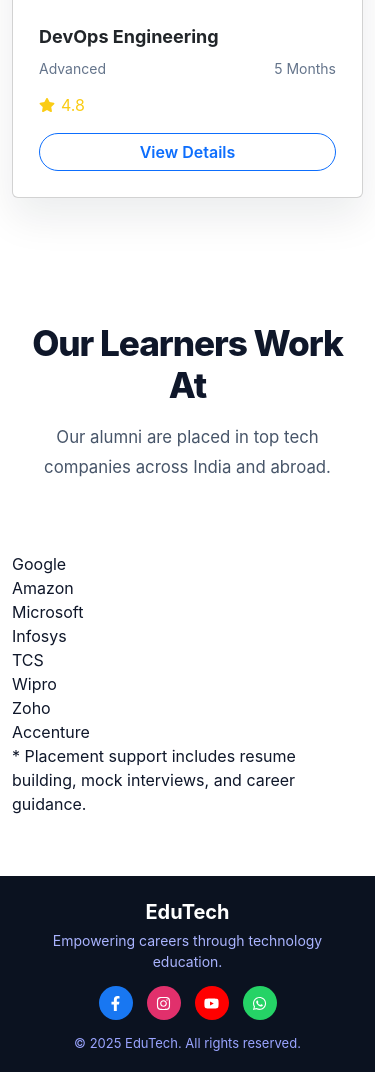
Repository: Aswin74k/project-2
Page: /
The author's editor kept a copy of each file at every save. The page is drawn from the files as they stood at one save, then again after the next save.
The browser window is 375 px wide. The pictures show the part of the page from y = 5149 to 6500 px (the page is 6221 px tall before and 6579 px after).
The project was rebuilt for these pictures with package versions that can differ from the ones it lists, and the page was loaded fresh each time. Some packages were replaced by stand-ins written for this rebuild. Also part of the build but not shown: vite.config.js, src/project/course.css, src/project/Course.jsx, src/project/About.css, src/project/About.jsx, src/project/Enroll.css, src/project/Enroll.jsx, src/project/contact.css and 2 more.

Above is the page before, as saved 2025-12-25 17:10:10.

### src/main.jsx
import React from "react";
import ReactDOM from "react-dom/client";
import { BrowserRouter } from "react-router-dom";
import App from "./project/App";
import { AuthProvider } from "./context/AuthContext"; // ✅ ADD THIS
import "bootstrap/dist/css/bootstrap.min.css";

ReactDOM.createRoot(document.getElementById("root")).render(
  <React.StrictMode>
    <BrowserRouter>
      <AuthProvider>
        <App />
      </AuthProvider>
    </BrowserRouter>
  </React.StrictMode>
);

### src/project/App.jsx
import React from "react";
import { Routes, Route } from "react-router-dom";

import EduNavbar from "./EduNavbar";
import Home from "./Home";
import Course from "./Course";
import About from "./About";
import Enroll from "./Enroll";
import Contact from "./Contact";
import ProtectedRoute from "./ProtectedRoute";

export default function App() {
  return (
    <>
      <EduNavbar />

      <Routes>
        <Route path="/" element={<Home />} />
        <Route path="/courses/:id" element={<Course />} />
        <Route path="/about" element={<About />} />
        <Route path="/Contact" element={<Contact />} />


        <Route
          path="/enroll"
          element={
            <ProtectedRoute>
              <Enroll />
            </ProtectedRoute>
          }
        />
      </Routes>

    </>
  );
}

### src/context/AuthContext.jsx
import { createContext, useContext, useState, useEffect } from "react";

const AuthContext = createContext();

export function AuthProvider({ children }) {
  const [user, setUser] = useState(null);
  const [loading, setLoading] = useState(true);

  useEffect(() => {
    const savedUser = JSON.parse(
      localStorage.getItem("loggedInUser")
    );
    if (savedUser) setUser(savedUser);
    setLoading(false);
  }, []);

  const login = (email, password) => {
    const users =
      JSON.parse(localStorage.getItem("registeredUsers")) || [];

    const foundUser = users.find(
      (u) => u.email === email && u.password === password
    );

    if (!foundUser) {
      return { success: false, message: "Invalid email or password" };
    }

    localStorage.setItem(
      "loggedInUser",
      JSON.stringify(foundUser)
    );
    setUser(foundUser);

    return {
      success: true,
      message: `Welcome back, ${foundUser.firstName}`,
    };
  };

  const signup = (data) => {
    const users =
      JSON.parse(localStorage.getItem("registeredUsers")) || [];

    if (users.some((u) => u.email === data.email)) {
      return {
        success: false,
        message: "User already exists with this email!",
      };
    }

    users.push(data);
    localStorage.setItem(
      "registeredUsers",
      JSON.stringify(users)
    );

    localStorage.setItem(
      "loggedInUser",
      JSON.stringify(data)
    );
    setUser(data);

    return {
      success: true,
      message: "Account created successfully",
    };
  };

  const logout = () => {
    localStorage.removeItem("loggedInUser");
    setUser(null);
  };

  return (
    <AuthContext.Provider
      value={{ user, login, signup, logout, loading }}
    >
      {children}
    </AuthContext.Provider>
  );
}

export const useAuth = () => useContext(AuthContext);

### src/project/Home.jsx
import React from "react";
import { Container, Row, Col, Card } from "react-bootstrap";
import { Link } from "react-router-dom";
import {
  FaGraduationCap,
  FaUsers,
  FaChalkboardTeacher,
  FaBriefcase,
  FaStar,
  FaFacebookF,
  FaInstagram,
  FaYoutube,
  FaWhatsapp
} from "react-icons/fa";
import "./Home.css";

export default function Home() {
  const courses = [
    {
      id: "fullstack",
      title: "Full Stack Development",
      level: "Beginner",
      duration: "6 Months",
      rating: "4.8",
      img: "https://encrypted-tbn0.gstatic.com/images?q=tbn:ANd9GcQPaNXGBezXv5c0v_XSQ6pqOScRBb2ShM3IWg&s",
    },
    {
      id: "mern",
      title: "MERN Stack Development",
      level: "Intermediate",
      duration: "5 Months",
      rating: "4.7",
      img: "https://images.prismic.io/loco-blogs/79328284-f97b-489f-924c-eb3b17e34b56_image2.png",
    },
    {
      id: "uiux",
      title: "UI / UX Design",
      level: "Beginner",
      duration: "4 Months",
      rating: "4.6",
      img: "https://www.almondsolutions.com/images/blog-ui-ux-150223.jpg",
    },
    {
      id: "datascience",
      title: "Data Science",
      level: "Advanced",
      duration: "6 Months",
      rating: "4.9",
      img: "https://bernardmarr.com/wp-content/uploads/2022/11/The-Top-5-Data-Science-And-Analytics-Trends-In-2023.jpg",
    },
    {
      id: "dataanalytics",
      title: "Data Analytics",
      level: "Beginner",
      duration: "4 Months",
      rating: "4.6",
      img: "https://blog.herzing.ca/hubfs/data%20analytics.jpg",
    },
    {
      id: "aiml",
      title: "AI & Machine Learning",
      level: "Advanced",
      duration: "6 Months",
      rating: "4.9",
      img: "https://www.jellyfishtechnologies.com/wp-content/uploads/2021/10/Artificial-Intelligence-versus-Machine-Learning.png",
    },
    {
      id: "cloud",
      title: "Cloud Computing",
      level: "Intermediate",
      duration: "4 Months",
      rating: "4.7",
      img: "https://bernardmarr.com/img/The%205%20Biggest%20Cloud%20Computing%20Trends%20In%202021.jpg",
    },
    {
      id: "devops",
      title: "DevOps Engineering",
      level: "Advanced",
      duration: "5 Months",
      rating: "4.8",
      img: "https://www.itrainu.in/wp-content/uploads/2021/03/DEVOPS-1.jpg",
    },
  ];

  return (
    <div className="home">

      {/* HERO */}
      <section className="hero-section">
        <Container>
          <div className="hero-content">
            <h1>
              Learn Future-Ready Skills with <span>EduTech</span>
            </h1>
            <p>
              Industry-aligned courses, real-world projects, and expert mentors
              to accelerate your career.
            </p>

            <div className="hero-actions">
              <Link to="/about" className="btn btn-outline-light btn-lg">
                Learn More
              </Link>
            </div>
          </div>
        </Container>
      </section>

      {/* STATS */}
      <section className="stats-section">
        <Container>
          <Row className="g-4">
            <Col md={3}><div className="stat-box"><FaUsers /><h3>25K+</h3><p>Learners</p></div></Col>
            <Col md={3}><div className="stat-box"><FaGraduationCap /><h3>8+</h3><p>Courses</p></div></Col>
            <Col md={3}><div className="stat-box"><FaChalkboardTeacher /><h3>50+</h3><p>Mentors</p></div></Col>
            <Col md={3}><div className="stat-box"><FaBriefcase /><h3>100+</h3><p>Projects</p></div></Col>
          </Row>
        </Container>
      </section>

      {/* COURSES */}
      <section className="courses-section">
        <Container>
          <h2 className="section-title">Popular Courses</h2>
          <Row>
            {courses.map((course) => (
              <Col lg={3} md={4} sm={6} key={course.id} className="mb-4">
                <Card className="course-card h-100">
                  <Card.Img src={course.img} className="course-img" />
                  <Card.Body>
                    <Card.Title>{course.title}</Card.Title>
                    <div className="course-meta">
                      <span>{course.level}</span>
                      <span>{course.duration}</span>
                    </div>
                    <div className="course-rating">
                      <FaStar /> {course.rating}
                    </div>
                    <Link to={`/courses/${course.id}`} className="btn btn-outline-primary w-100 mt-3">
                      View Details
                    </Link>
                  </Card.Body>
                </Card>
              </Col>
            ))}
          </Row>
        </Container>
      </section>
      {/* ================= PLACEMENT SECTION ================= */}
<section className="placement-section">
  <Container>
    <h2 className="section-title">Our Learners Work At</h2>
    <p className="section-subtitle">
      Our alumni are placed in top tech companies across India and abroad.
    </p>

    <div className="placement-logos">
      <div className="logo-card">Google</div>
      <div className="logo-card">Amazon</div>
      <div className="logo-card">Microsoft</div>
      <div className="logo-card">Infosys</div>
      <div className="logo-card">TCS</div>
      <div className="logo-card">Wipro</div>
      <div className="logo-card">Zoho</div>
      <div className="logo-card">Accenture</div>
    </div>

    <div className="placement-note">
      * Placement support includes resume building, mock interviews, and career guidance.
    </div>
  </Container>
</section>


      {/* FOOTER */}
      <footer className="footer">
        <Container className="text-center">
          <h3 className="footer-logo">EduTech</h3>
          <p className="footer-tagline">
            Empowering careers through technology education.
          </p>

          <div className="footer-social">
            <a className="fb"><FaFacebookF /></a>
            <a className="ig"><FaInstagram /></a>
            <a className="yt"><FaYoutube /></a>
            <a className="wa"><FaWhatsapp /></a>
          </div>

          <p className="copy">© 2025 EduTech. All rights reserved.</p>
        </Container>
      </footer>

    </div>
  );
}

### src/project/Navbar.css
/* ================= ROOT VARIABLES ================= */
:root {
  --primary: #111827;
  --primary-soft: rgba(17, 24, 39, 0.08);
  --danger: #ef4444;
  --success: #22c55e;

  --text-dark: #000000;
  --text-muted: #6b7280;

  --border-light: #e5e7eb;
  --bg-white: #ffffff;
}

/* ================= NAVBAR ================= */
.navbar {
  background: var(--bg-white);
  padding: 14px 0;
  border-bottom: 1px solid var(--border-light);
  transition: all 0.3s ease;
  z-index: 1000;
}

.navbar-scrolled {
  box-shadow: 0 10px 30px rgba(0, 0, 0, 0.08);
}

/* ================= BRAND ================= */
.navbar-brand {
  font-size: 1.6rem;
  font-weight: 900;
  color: var(--text-dark) !important;
}

/* ================= NAV LINKS ================= */
.navbar-nav .nav-link {
  color: var(--text-dark) !important;
  font-weight: 600;
  font-size: 0.95rem;
  padding: 8px 14px;
  position: relative;
}

.navbar-nav .nav-link::after {
  content: "";
  position: absolute;
  left: 50%;
  bottom: 2px;
  width: 0;
  height: 2px;
  background: var(--text-dark);
  transform: translateX(-50%);
  transition: width 0.3s ease;
}

.navbar-nav .nav-link:hover::after {
  width: 70%;
}

/* ================= SEARCH ================= */
.custom-search {
  position: relative;
  width: 210px;
}

.custom-search input {
  width: 100%;
  padding: 10px 42px 10px 16px;
  border-radius: 999px;
  border: 1px solid var(--border-light);
  background: #e4e5e6;
  font-size: 0.9rem;
}

.custom-search svg {
  position: absolute;
  right: 14px;
  top: 50%;
  transform: translateY(-50%);
  color: var(--text-muted);
}

/* ================= USER ================= */
.username {
  background: var(--primary-soft);
  color: var(--text-dark);
  padding: 6px 14px;
  border-radius: 999px;
  font-size: 0.85rem;
  font-weight: 600;
}

.user-icon {
  font-size: 22px;
  color: var(--text-dark);
  cursor: pointer;
}

/* ================= LOGOUT ICON ================= */
.logout-icon {
  font-size: 24px;
  color: var(--text-dark);
  cursor: pointer;
}

.logout-icon:hover {
  color: var(--danger);
}

/* ================= MODALS ================= */
.modal-content {
  border-radius: 22px;
  border: none;
  box-shadow: 0 30px 90px rgba(0, 0, 0, 0.25);
  padding: 20px;
}

.modal-header {
  border-bottom: 1px solid var(--border-light);
}

.modal-title {
  font-weight: 700;
}

.modal-body {
  padding: 28px 32px 32px;
}

/* ================= AUTH INPUT (IMAGE MATCHED) ================= */
.auth-input {
  width: 100%;
  height: 56px;
  border-radius: 16px;
  border: 1.5px solid #d1d5db;
  padding: 14px 18px;
  font-size: 1rem;
  margin-bottom: 18px;
  background: #ffffff;
}

.auth-input:focus {
  outline: none;
  border-color: #6366f1;
  box-shadow: 0 0 0 2px rgba(99, 102, 241, 0.25);
}

/* ================= PASSWORD ================= */
.password-wrapper {
  position: relative;
}

.password-wrapper span {
  position: absolute;
  right: 18px;
  top: 40%;
  transform: translateY(-50%);
  font-size: 18px;
  color: var(--text-muted);
  cursor: pointer;
}

/* ================= NAME ROW (SIGNUP) ================= */
.name-row {
  display: grid;
  grid-template-columns: 1fr 1fr;
  gap: 18px;
  margin-bottom: 18px;
}

/* ================= AUTH BUTTON ================= */
.auth-btn {
  width: 100%;
  height: 56px;
  border-radius: 16px;
  background: var(--text-dark);
  border: none;
  color: #fff;
  font-size: 1.05rem;
  font-weight: 600;
  margin-top: 8px;
}

.auth-btn:hover {
  opacity: 0.9;
}

/* ================= AUTH FOOTER ================= */
.auth-footer {
  margin-top: 16px;
  text-align: center;
  font-size: 0.9rem;
  color: var(--text-muted);
}

.auth-footer span {
  color: var(--text-dark);
  font-weight: 600;
  cursor: pointer;
}

/* ================= LOGOUT MODAL ================= */
.logout-modal .logout-icon-wrapper {
  width: 64px;
  height: 64px;
  background: rgba(0, 0, 0, 0.08);
  color: var(--danger);
  border-radius: 50%;
  display: flex;
  align-items: center;
  justify-content: center;
  font-size: 28px;
  margin: 0 auto 16px;
}

.logout-actions {
  display: flex;
  gap: 14px;
  justify-content: center;
}

.logout-cancel {
  padding: 10px 22px;
  border-radius: 14px;
  border: 2px solid var(--text-dark);
  background: transparent;
  font-weight: 600;
}

.logout-confirm {
  padding: 10px 22px;
  border-radius: 14px;
  background: var(--danger);
  border: none;
  color: #fff;
  font-weight: 600;
}

/* ================= MOBILE ================= */
@media (max-width: 768px) {
  .navbar-collapse {
    background: #ffffff;
    padding: 18px;
    border-radius: 16px;
    margin-top: 10px;
  }

  .custom-search {
    width: 100%;
    margin-top: 12px;
  }

  .name-row {
    grid-template-columns: 1fr;
  }
}

/* ================= AUTH MESSAGES (FINAL POLISH) ================= */
.modal-message {
  padding: 14px 18px;
  border-radius: 14px;
  font-size: 0.9rem;
  font-weight: 600;
  text-align: center;
  margin-bottom: 18px;
  line-height: 1.4;
  animation: messageFade 0.25s ease-in-out;
}

/* SUCCESS */
.modal-message.success {
  background: rgba(34, 197, 94, 0.14);
  color: #15803d;
  border: 1.5px solid rgba(34, 197, 94, 0.35);
}

/* ERROR */
.modal-message.error {
  background: rgba(239, 68, 68, 0.14);
  color: #b91c1c;
  border: 1.5px solid rgba(239, 68, 68, 0.35);
}

/* subtle animation */
@keyframes messageFade {
  from {
    opacity: 0;
    transform: translateY(-6px);
  }
  to {
    opacity: 1;
    transform: translateY(0);
  }
}

### src/project/Home.css
/* =========================
   DESIGN TOKENS
========================= */
:root {
  --primary: #2563eb;
  --primary-dark: #1e40af;
  --accent: #38bdf8;
  --text-main: #0f172a;
  --text-muted: #475569;
  --bg-light: #f8fafc;
  --glass: rgba(255, 255, 255, 0.92);
  --radius-lg: 24px;
  --radius-md: 16px;
  --shadow-soft: 0 20px 40px rgba(15, 23, 42, 0.08);
  --shadow-strong: 0 30px 70px rgba(15, 23, 42, 0.18);
}

/* =========================
   BASE
========================= */
.home {
  font-family: "Inter", "Segoe UI", system-ui, sans-serif;
  color: var(--text-main);
  background: #ffffff;
  overflow-x: hidden;
}

/* =========================
   SECTION HEADINGS
========================= */
.section-title {
  text-align: center;
  font-size: clamp(2.2rem, 3vw, 2.8rem);
  font-weight: 800;
  letter-spacing: -0.03em;
  margin-bottom: 16px;
}

.section-subtitle {
  text-align: center;
  max-width: 720px;
  margin: 0 auto 70px;
  font-size: 1.05rem;
  color: var(--text-muted);
  line-height: 1.8;
}

/* =========================
   HERO SECTION (PREMIUM)
========================= */
.hero-section {
  min-height: 95vh;
  background:
    linear-gradient(
      120deg,
      rgba(15, 23, 42, 0.92),
      rgba(15, 23, 42, 0.85)
    ),
    url("https://images.unsplash.com/photo-1523240795612-9a054b0db644");
  background-size: cover;
  background-position: center;
  display: flex;
  align-items: center;
}

.hero-content {
  max-width: 860px;
  margin: auto;
  text-align: center;
  color: #ffffff;
}

.hero-content h1 {
  font-size: clamp(2.6rem, 4vw, 3.6rem);
  font-weight: 900;
  line-height: 1.15;
  margin-bottom: 24px;
}

.hero-content span {
  background: linear-gradient(90deg, #38bdf8, #2563eb);
  -webkit-background-clip: text;
  -webkit-text-fill-color: transparent;
}

.hero-content p {
  font-size: 1.15rem;
  line-height: 1.8;
  color: #e5e7eb;
  margin-bottom: 42px;
}

.hero-actions {
  display: flex;
  justify-content: center;
  gap: 22px;
}

.hero-actions .btn {
  padding: 14px 36px;
  font-size: 17px;
  border-radius: 999px;
  font-weight: 600;
  transition: all 0.35s ease;
}

.hero-actions .btn-primary {
  background: linear-gradient(135deg, var(--primary), var(--accent));
  border: none;
}

.hero-actions .btn-primary:hover {
  transform: translateY(-3px);
  box-shadow: var(--shadow-soft);
}

.hero-actions .btn-outline-light:hover {
  background: rgba(255, 255, 255, 0.12);
}

/* =========================
   STATS
========================= */
.stats-section {
  padding: 90px 0;
  background: var(--bg-light);
}

.stat-box {
  background: #ffffff;
  padding: 42px 26px;
  text-align: center;
  border-radius: var(--radius-md);
  box-shadow: var(--shadow-soft);
  transition: all 0.35s ease;
}

.stat-box:hover {
  transform: translateY(-10px);
  box-shadow: var(--shadow-strong);
}

.stat-box svg {
  font-size: 38px;
  color: rgb(1, 72, 112);
  margin-bottom: 18px;
}

.stat-box h3 {
  font-size: 32px;
  font-weight: 800;
}

.stat-box p {
  font-size: 15px;
  color: #64748b;
}

/* =========================
   COURSES
========================= */
.courses-section {
  padding: 100px 0;
}

.course-card {
  border-radius: var(--radius-lg);
  overflow: hidden;
  background: #ffffff;
  box-shadow: var(--shadow-soft);
  transition: all 0.4s ease;
}

.course-card:hover {
  transform: translateY(-10px);
  box-shadow: var(--shadow-strong);
}

.course-img {
  height: 190px;
  object-fit: cover;
}

.course-card .card-body {
  padding: 26px;
}

.course-card .card-title {
  font-size: 18px;
  font-weight: 700;
  margin-bottom: 10px;
}

.course-meta {
  display: flex;
  justify-content: space-between;
  font-size: 14px;
  color: #64748b;
  margin-bottom: 14px;
}

.course-rating {
  display: flex;
  align-items: center;
  gap: 6px;
  color: hsl(48, 96%, 53%);
}

.course-card .btn {
  border-radius: 999px;
  font-weight: 600;
}

/* =========================
   CAREER PATHS (GLASS UI)
========================= */
.paths-section {
  padding: 120px 0;
  background:
    radial-gradient(circle at top right, rgba(37, 99, 235, 0.1), transparent 40%),
    radial-gradient(circle at bottom left, rgba(56, 189, 248, 0.1), transparent 40%),
    linear-gradient(180deg, #f8fafc, #ffffff);
}

.paths-grid {
  display: grid;
  grid-template-columns: repeat(4, 1fr);
  gap: 32px;
}

.path-card {
  background: var(--glass);
  border-radius: 28px;
  padding: 36px 32px;
  box-shadow: var(--shadow-soft);
  backdrop-filter: blur(14px);
  border: 1px solid rgba(226, 232, 240, 0.9);
  transition: all 0.4s ease;
}

.path-card:hover {
  transform: translateY(-14px);
  box-shadow: var(--shadow-strong);
  border-color: rgba(37, 99, 235, 0.35);
}

.path-card h4 {
  font-size: 1.45rem;
  font-weight: 800;
  color: var(--primary-dark);
}

.path-card p {
  font-size: 0.96rem;
  color: var(--text-muted);
  line-height: 1.75;
}

.path-card ul li {
  list-style: none;
  margin-bottom: 12px;
  padding-left: 22px;
  position: relative;
}

.path-card ul li::before {
  content: "✓";
  position: absolute;
  left: 0;
  color: var(--primary);
  font-weight: 700;
}

.path-outcome {
  margin-top: auto;
  padding: 8px 20px;
  border-radius: 999px;
  font-size: 0.85rem;
  font-weight: 600;
  background: linear-gradient(135deg, #e0ecff, #eef2ff);
  color: var(--primary-dark);
}

/* =========================
   FOOTER
========================= */
.footer {
  background: #0b1220;
  color: #cfd8ff;
  padding: 26px 0 20px;
  margin-top: 60px;
}

.footer-logo {
  font-size: 22px;
  font-weight: 700;
  color: #ffffff;
  margin-bottom: 6px;
}

.footer-tagline {
  font-size: 14px;
  color: #aab4ff;
  margin-bottom: 14px;
}

.footer-social {
  display: flex;
  justify-content: center;
  gap: 14px;
  margin-bottom: 14px;
}

.footer-social a {
  width: 36px;
  height: 36px;
  border-radius: 50%;
  display: flex;
  align-items: center;
  justify-content: center;
  color: white;
  font-size: 15px;
  transition: 0.3s ease;
}

.footer-social .fb { background: #1877f2; }
.footer-social .ig { background: #e1306c; }
.footer-social .yt { background: #ff0000; }
.footer-social .wa { background: #25d366; }

.footer-social a:hover {
  transform: translateY(-3px);
  filter: brightness(1.15);
}

.copy {
  font-size: 13px;
  color: #9aa4ff;
  margin: 0;
}


/* MOBILE */
@media (max-width: 576px) {
  .footer {
    padding: 24px 10px 18px;
  }

  .footer-logo {
    font-size: 20px;
  }

  .footer-social a {
    width: 34px;
    height: 34px;
    font-size: 15px;
  }
}

/* =========================
   RESPONSIVE
========================= */
@media (max-width: 1200px) {
  .paths-grid { grid-template-columns: repeat(3, 1fr); }
}

@media (max-width: 992px) {
  .paths-grid { grid-template-columns: repeat(2, 1fr); }
}

@media (max-width: 576px) {
  .paths-grid { grid-template-columns: 1fr; }
  .hero-actions { flex-direction: column; }
}

Loaded but not shown: index.html (common file); src/project/EduNavbar.jsx (341 lines, source omitted)

After the next save:
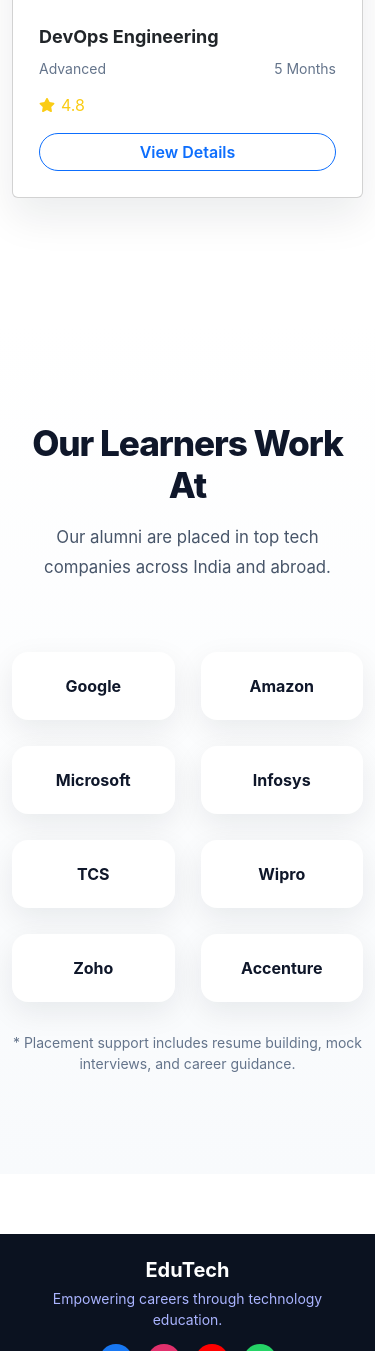
Saved 36 s later.
--- a/src/project/Home.css
+++ b/src/project/Home.css
@@ -356,6 +356,67 @@
     font-size: 15px;
   }
 }
+/* =========================
+   PLACEMENT SECTION
+========================= */
+.placement-section {
+  padding: 100px 0;
+  background: linear-gradient(
+    180deg,
+    #ffffff,
+    #f8fafc
+  );
+  text-align: center;
+}
+
+.placement-logos {
+  margin-top: 50px;
+  display: grid;
+  grid-template-columns: repeat(4, 1fr);
+  gap: 26px;
+}
+
+.logo-card {
+  background: #ffffff;
+  border-radius: 16px;
+  padding: 26px 10px;
+  font-size: 18px;
+  font-weight: 700;
+  color: #0f172a;
+  box-shadow: 0 10px 30px rgba(15, 23, 42, 0.08);
+  transition: all 0.3s ease;
+}
+
+.logo-card:hover {
+  transform: translateY(-6px);
+  box-shadow: 0 18px 45px rgba(15, 23, 42, 0.15);
+  color: #2563eb;
+}
+
+.placement-note {
+  margin-top: 30px;
+  font-size: 14px;
+  color: #64748b;
+}
+
+/* RESPONSIVE */
+@media (max-width: 992px) {
+  .placement-logos {
+    grid-template-columns: repeat(3, 1fr);
+  }
+}
+
+@media (max-width: 576px) {
+  .placement-logos {
+    grid-template-columns: repeat(2, 1fr);
+  }
+
+  .logo-card {
+    font-size: 16px;
+    padding: 22px 8px;
+  }
+}
+
 
 /* =========================
    RESPONSIVE

After the save that followed:
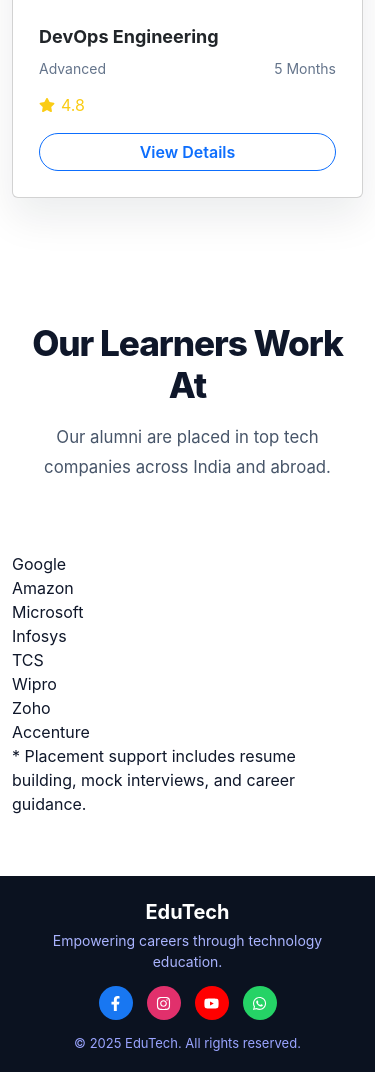
Saved 26 s later.
--- a/src/project/Home.css
+++ b/src/project/Home.css
@@ -356,66 +356,6 @@
     font-size: 15px;
   }
 }
-/* =========================
-   PLACEMENT SECTION
-========================= */
-.placement-section {
-  padding: 100px 0;
-  background: linear-gradient(
-    180deg,
-    #ffffff,
-    #f8fafc
-  );
-  text-align: center;
-}
-
-.placement-logos {
-  margin-top: 50px;
-  display: grid;
-  grid-template-columns: repeat(4, 1fr);
-  gap: 26px;
-}
-
-.logo-card {
-  background: #ffffff;
-  border-radius: 16px;
-  padding: 26px 10px;
-  font-size: 18px;
-  font-weight: 700;
-  color: #0f172a;
-  box-shadow: 0 10px 30px rgba(15, 23, 42, 0.08);
-  transition: all 0.3s ease;
-}
-
-.logo-card:hover {
-  transform: translateY(-6px);
-  box-shadow: 0 18px 45px rgba(15, 23, 42, 0.15);
-  color: #2563eb;
-}
-
-.placement-note {
-  margin-top: 30px;
-  font-size: 14px;
-  color: #64748b;
-}
-
-/* RESPONSIVE */
-@media (max-width: 992px) {
-  .placement-logos {
-    grid-template-columns: repeat(3, 1fr);
-  }
-}
-
-@media (max-width: 576px) {
-  .placement-logos {
-    grid-template-columns: repeat(2, 1fr);
-  }
-
-  .logo-card {
-    font-size: 16px;
-    padding: 22px 8px;
-  }
-}
 
 
 /* =========================
